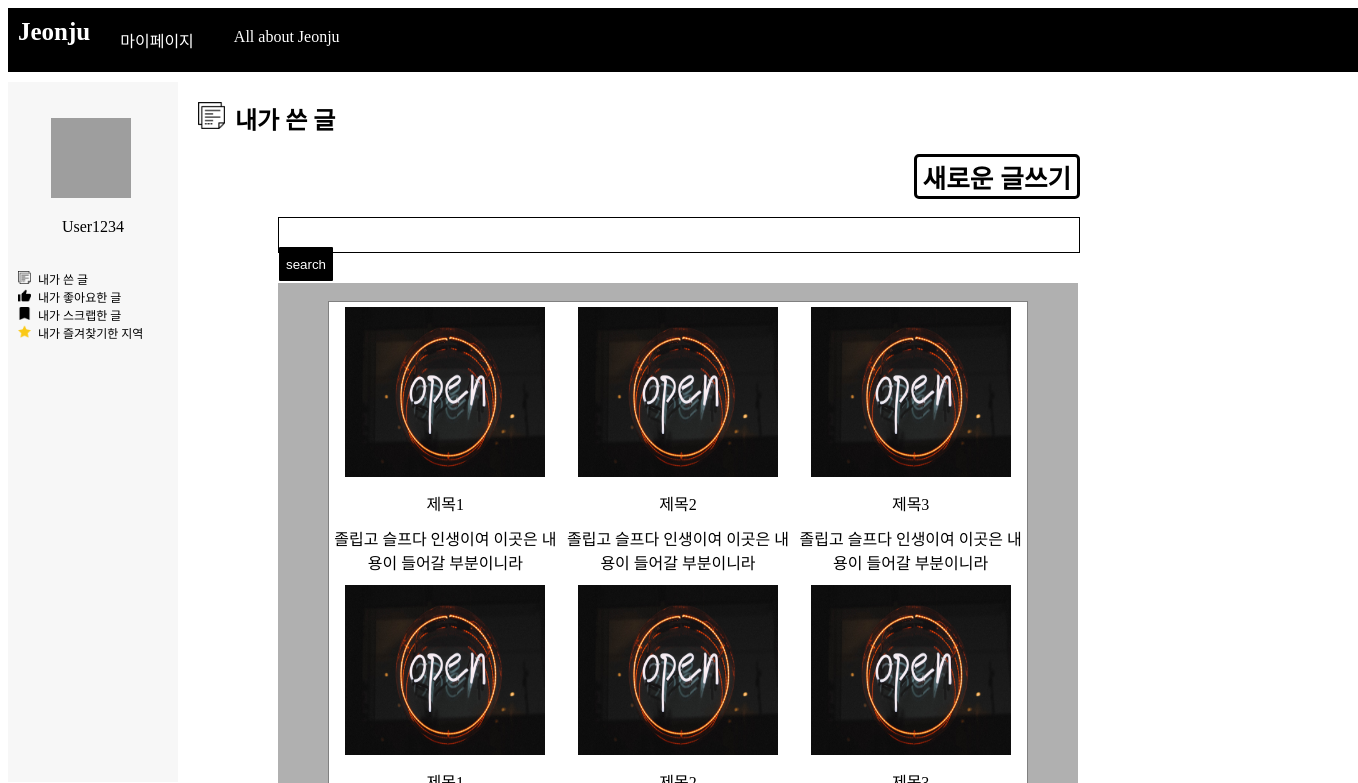
Repository: wka99/WEB-PROJECT
Page: http://localhost/Jeonju/UserPage.html
These files come from the project's save history. The page is drawn as it stood at one moment and after the next save; the edit follows.
The browser window is 1280 px wide. The page is 1358 px wide, so the pictures cover 1358 px, including what lies to the right of the window. The pictures show the whole page.
Pictures or frames that could not be fetched are drawn as grey boxes. An inner scrolling area shows only its first screen. Some web libraries are served in a nearby version. The page is served by Tomcat 9.

Above is the page before, as saved 2018-12-03 09:21:20.

After the next save:
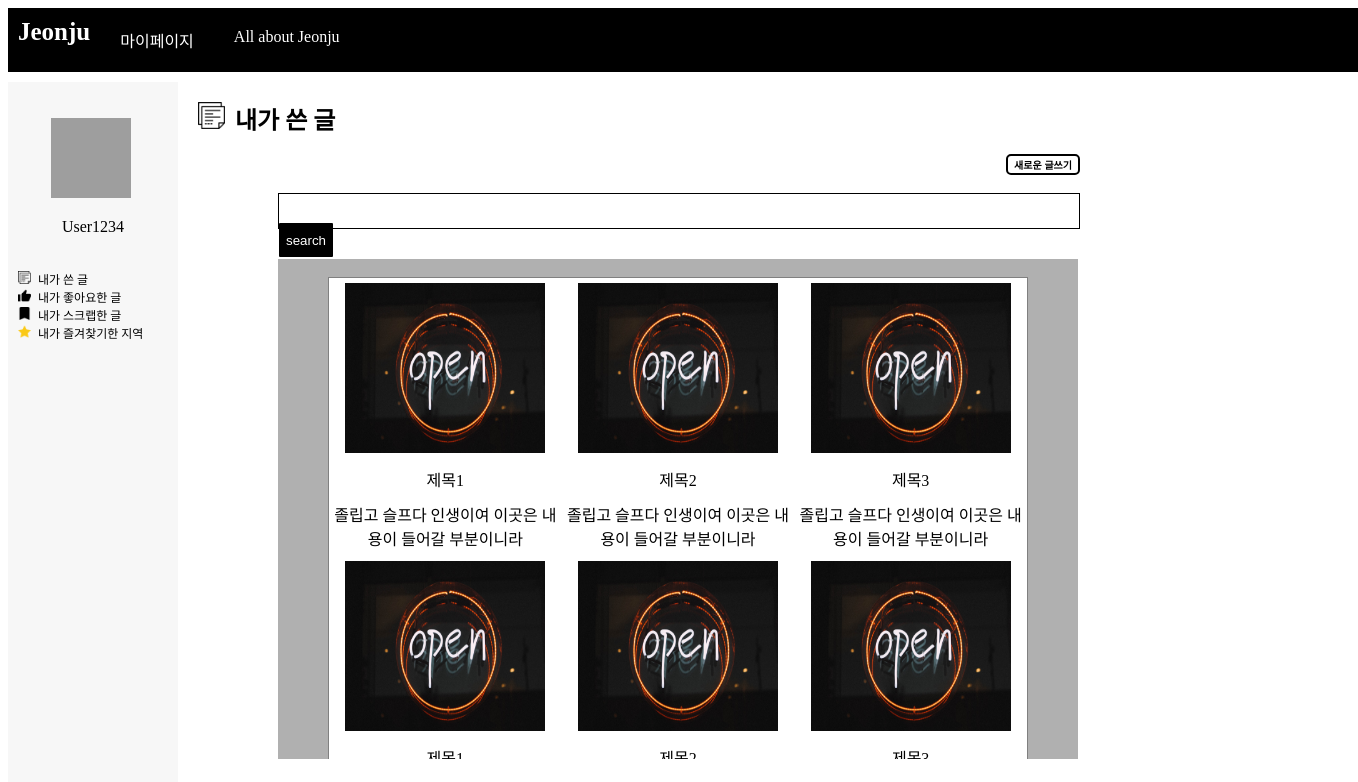
Saved 49 s later.
--- a/Jeonju/WebContent/NewFile.css
+++ b/Jeonju/WebContent/NewFile.css
@@ -113,11 +113,11 @@
 	}
 	.btn-2{
 	  background: none;
-	  border: 3px solid #000000;
+	  border: 2px solid #000000;
 	  border-radius: 5px;
 	  color: #000000;
 	  display: block;
-	  font-size: 1.6em;
+	  font-size: 10px;
 	  font-weight: bold;
 	  position: relative;
 	  text-transform: uppercase;
